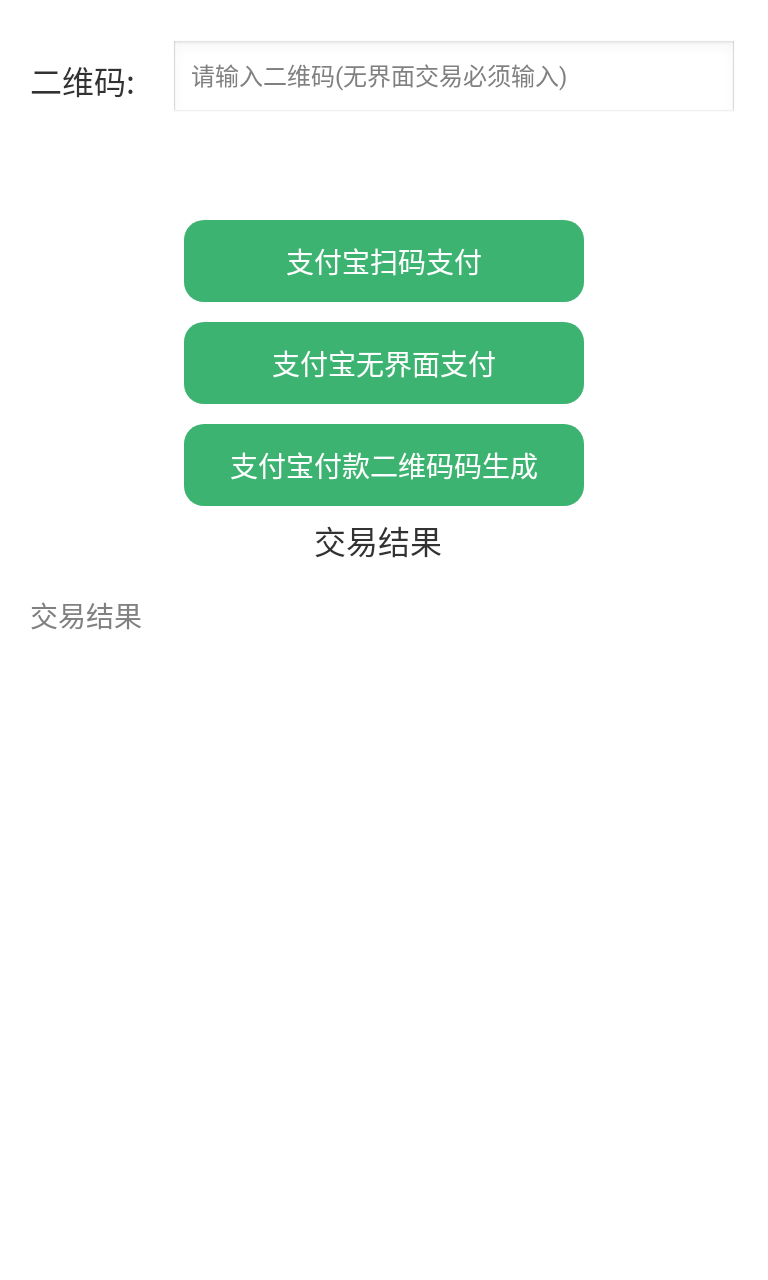
Repository: blanks1314/sysnc_android
Layout: UpayDemo/res/layout/fragment_alipay.xml
An editor plug-in stored every save of this project. The layout is shown before and after the next save, followed by the edit.
It is drawn on a 768 x 1280 px phone screen (xhdpi) without system bars, with theme AppTheme; the app's code is not run.

Above is the layout before, as saved 2015-04-28 06:50:26.

After the next save:
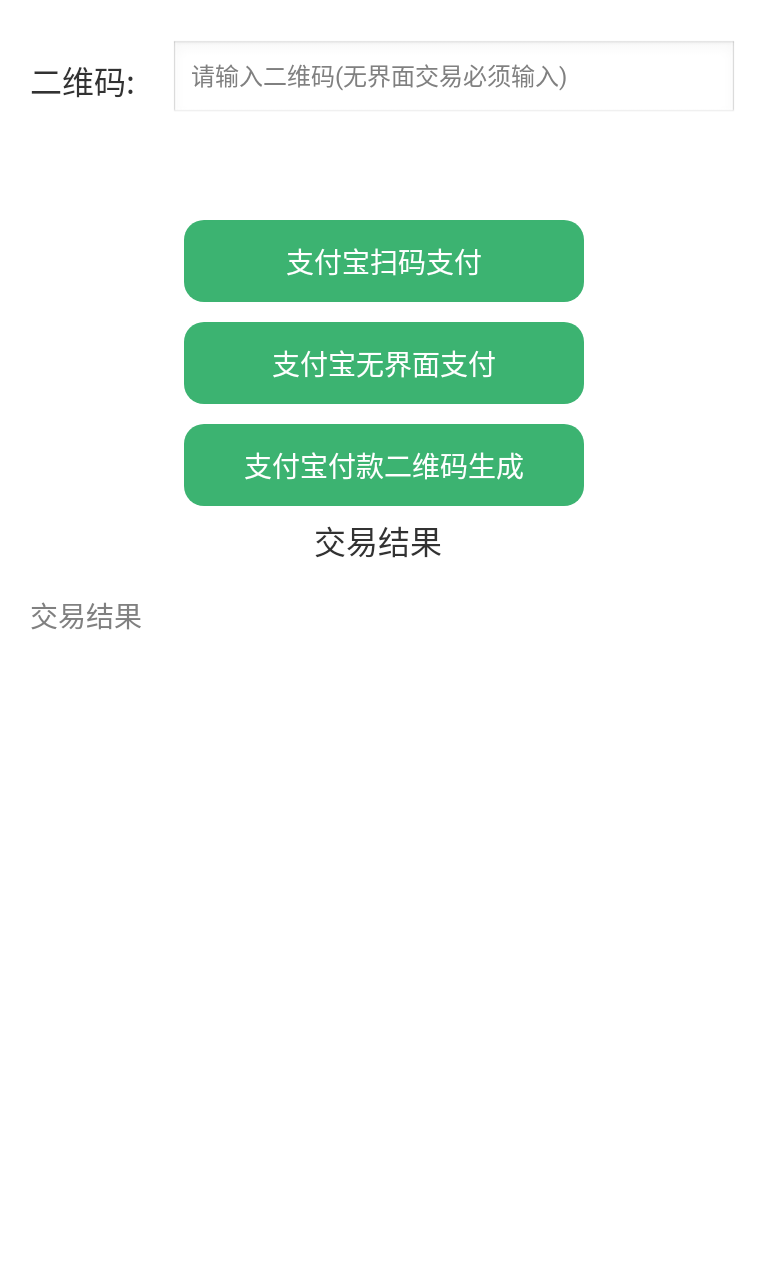
Saved 3 s later.
--- a/UpayDemo/res/layout/fragment_alipay.xml
+++ b/UpayDemo/res/layout/fragment_alipay.xml
@@ -33,7 +33,7 @@
     <Button
         android:id="@+id/btn_qrcode"
         style="@style/btn_style_1"
-        android:text="支付宝付款二维码码生成" />
+        android:text="支付宝付款二维码生成" />
     <TextView
             android:layout_width="70dp"
             android:layout_height="wrap_content"
